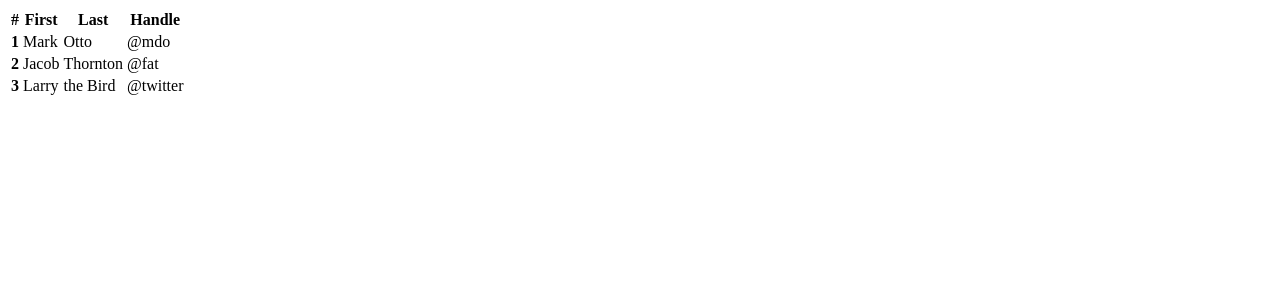
Repository: aayushtyagi0123/spring
Page: http://localhost/productcrudApp/WEB-INF/pages/index.jsp
An editor plug-in stored every save of this project. The page is shown before and after the next save, followed by the edit.
The browser window is 1280 px wide. The pictures show the whole page.
The page is served by Tomcat 9. Nobody is signed in. Other server files are loaded and not shown. The template is opened directly, without the code that normally fills it, so the values that code supplies are empty.

Above is the page before, as saved 2023-05-03 17:25:56.

### productcrudApp/src/main/webapp/WEB-INF/pages/index.jsp
<html>
<body>
<div class="container">
<div class="row">
<div class="column-md-12">
<table class="table table-dark">
  <thead>
    <tr>
      <th scope="col">#</th>
      <th scope="col">First</th>
      <th scope="col">Last</th>
      <th scope="col">Handle</th>
    </tr>
  </thead>
  <tbody>
    <tr>
      <th scope="row">1</th>
      <td>Mark</td>
      <td>Otto</td>
      <td>@mdo</td>
    </tr>
    <tr>
      <th scope="row">2</th>
      <td>Jacob</td>
      <td>Thornton</td>
      <td>@fat</td>
    </tr>
    <tr>
      <th scope="row">3</th>
      <td>Larry</td>
      <td>the Bird</td>
      <td>@twitter</td>
    </tr>
  </tbody>
</table>




</div>


</div>

</div>
</body>
</html>

After the next save:
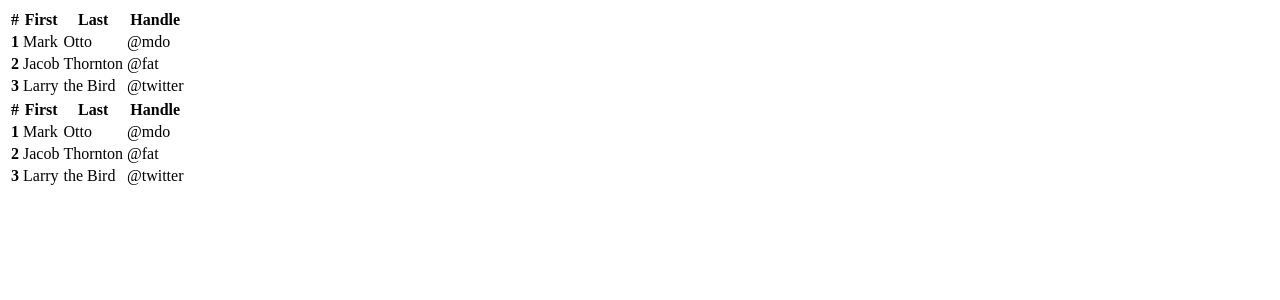
Saved 2 min 49 s later.
--- a/productcrudApp/src/main/webapp/WEB-INF/pages/index.jsp
+++ b/productcrudApp/src/main/webapp/WEB-INF/pages/index.jsp
@@ -3,8 +3,39 @@
 <div class="container">
 <div class="row">
 <div class="column-md-12">
-<table class="table table-dark">
-  <thead>
+<table class="table">
+  <thead class="thead-dark">
+    <tr>
+      <th scope="col">#</th>
+      <th scope="col">First</th>
+      <th scope="col">Last</th>
+      <th scope="col">Handle</th>
+    </tr>
+  </thead>
+  <tbody>
+    <tr>
+      <th scope="row">1</th>
+      <td>Mark</td>
+      <td>Otto</td>
+      <td>@mdo</td>
+    </tr>
+    <tr>
+      <th scope="row">2</th>
+      <td>Jacob</td>
+      <td>Thornton</td>
+      <td>@fat</td>
+    </tr>
+    <tr>
+      <th scope="row">3</th>
+      <td>Larry</td>
+      <td>the Bird</td>
+      <td>@twitter</td>
+    </tr>
+  </tbody>
+</table>
+
+<table class="table">
+  <thead class="thead-light">
     <tr>
       <th scope="col">#</th>
       <th scope="col">First</th>

After the 5 saves that followed:
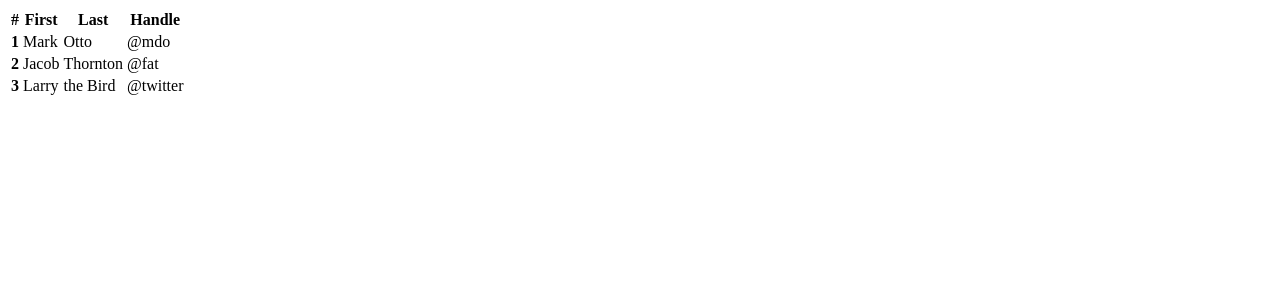
The 5 saves are shown as one change because 4 left the picture as it was.
The last was saved 9 min 35 s later.
--- a/productcrudApp/src/main/webapp/WEB-INF/pages/index.jsp
+++ b/productcrudApp/src/main/webapp/WEB-INF/pages/index.jsp
@@ -3,39 +3,8 @@
 <div class="container">
 <div class="row">
 <div class="column-md-12">
-<table class="table">
-  <thead class="thead-dark">
-    <tr>
-      <th scope="col">#</th>
-      <th scope="col">First</th>
-      <th scope="col">Last</th>
-      <th scope="col">Handle</th>
-    </tr>
-  </thead>
-  <tbody>
-    <tr>
-      <th scope="row">1</th>
-      <td>Mark</td>
-      <td>Otto</td>
-      <td>@mdo</td>
-    </tr>
-    <tr>
-      <th scope="row">2</th>
-      <td>Jacob</td>
-      <td>Thornton</td>
-      <td>@fat</td>
-    </tr>
-    <tr>
-      <th scope="row">3</th>
-      <td>Larry</td>
-      <td>the Bird</td>
-      <td>@twitter</td>
-    </tr>
-  </tbody>
-</table>
-
-<table class="table">
-  <thead class="thead-light">
+<table class="table table-striped">
+  <thead>
     <tr>
       <th scope="col">#</th>
       <th scope="col">First</th>
